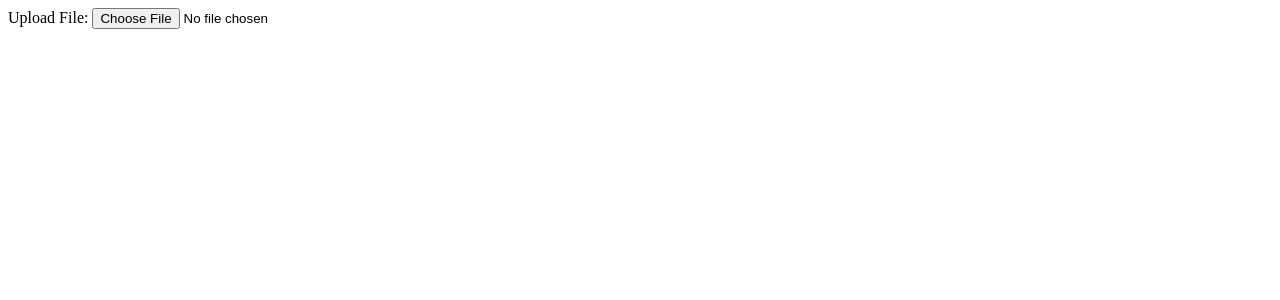
Repository: Vaidikk/RestfullWebServTest
Page: TribagoHotels/WebContent/fileUpload.html
These files come from the project's save history. The page is drawn as it stood at one moment and after the next save; the edit follows.
The browser window is 1280 px wide. The pictures show the whole page.

Above is the page before, as saved 2019-07-25 09:45:08.

### TribagoHotels/WebContent/fileUpload.html
<!DOCTYPE html>
<html>
<head>
<meta charset="ISO-8859-1">
<title>Insert title here</title>
</head>
<body>
	<form action="http://localhost:8091/HelloWebService/riprest/upload" method="post">
		Upload File: <input type="file">
	</form>
</body>
</html>

After the next save:
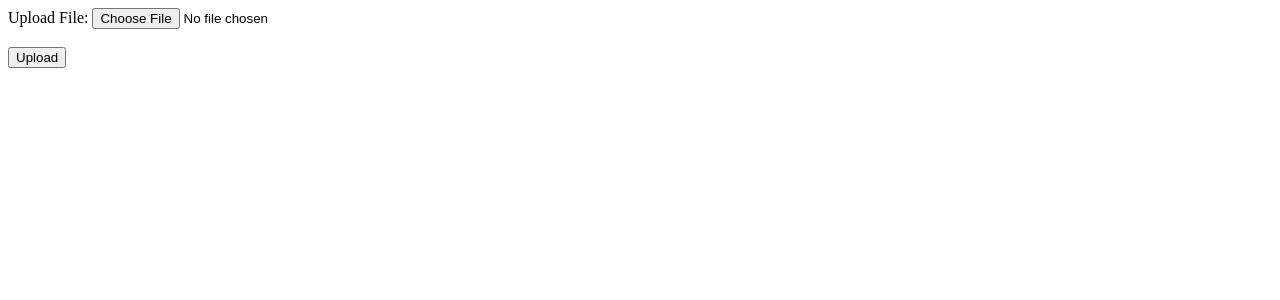
Saved 52 s later.
--- a/TribagoHotels/WebContent/fileUpload.html
+++ b/TribagoHotels/WebContent/fileUpload.html
@@ -7,6 +7,7 @@
 <body>
 	<form action="http://localhost:8091/HelloWebService/riprest/upload" method="post">
 		Upload File: <input type="file">
+		<br><br><input type="submit" value="Upload">
 	</form>
 </body>
 </html>
